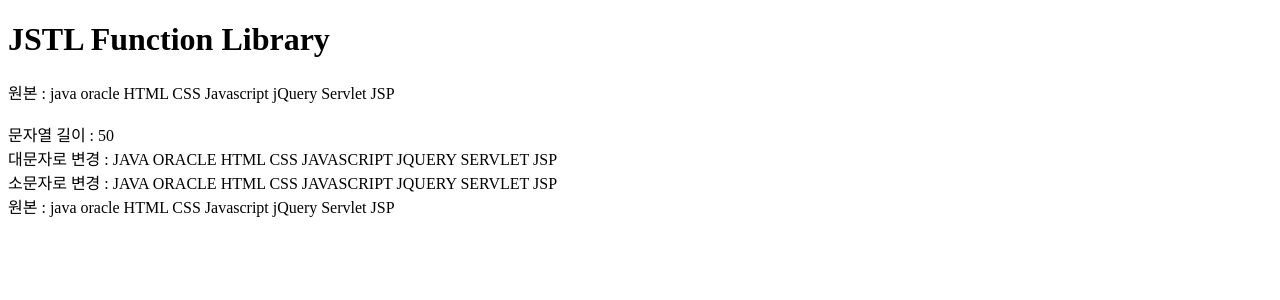
Repository: Parknogyung/Backend
Page: http://localhost/03_EL_JSTL/views/actiontag/jstl/function.jsp
These files come from the project's save history. The page is drawn as it stood at one moment and after the next save; the edit follows.
The browser window is 1280 px wide. The pictures show the whole page.
The page is served by Tomcat 9. Other server files are loaded and not shown.

Above is the page before, as saved 2022-07-14 01:50:22.

### 03_EL_JSTL/src/main/webapp/views/actiontag/jstl/function.jsp
<%@ page language="java" contentType="text/html; charset=UTF-8"
    pageEncoding="UTF-8"%>
<%@ taglib uri="http://java.sun.com/jsp/jstl/core" prefix="c" %>
<%@ taglib uri="http://java.sun.com/jsp/jstl/fmt" prefix="fmt"%>
<%@ taglib uri="http://java.sun.com/jsp/jstl/functions" prefix="fn"%>
<!DOCTYPE html>
<html>
<head>
<meta charset="UTF-8">
<title>Insert title here</title>
</head>
<body>
	<h1>JSTL Function Library</h1>

	<c:set var="str" value="java oracle HTML CSS Javascript jQuery Servlet JSP"></c:set>

	원본 : ${str } <br> <br>

	문자열 길이 : ${fn:length(str) } <br>
	대문자로 변경 : ${fn:toUpperCase(str) } <br>
	소문자로 변경 : ${fn:toUpperCase(str) } <br>

	원본 : ${str } <br> <br>
</body>
</html>

After the next save:
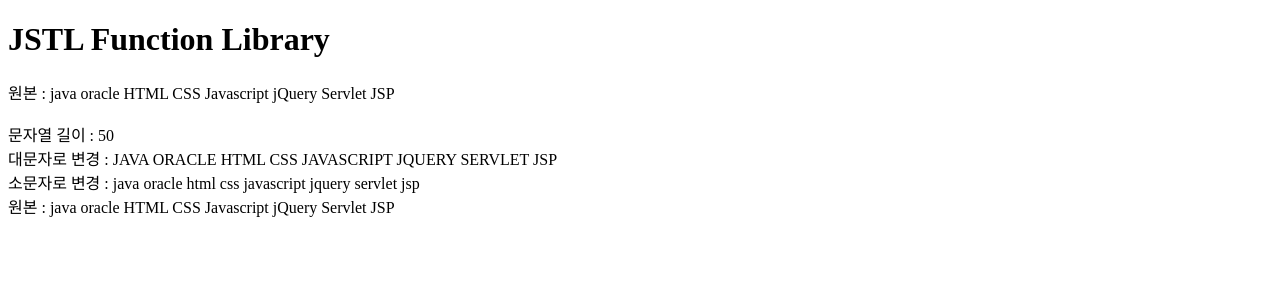
Saved 4 s later.
--- a/03_EL_JSTL/src/main/webapp/views/actiontag/jstl/function.jsp
+++ b/03_EL_JSTL/src/main/webapp/views/actiontag/jstl/function.jsp
@@ -18,7 +18,7 @@
 
 	문자열 길이 : ${fn:length(str) } <br>
 	대문자로 변경 : ${fn:toUpperCase(str) } <br>
-	소문자로 변경 : ${fn:toUpperCase(str) } <br>
+	소문자로 변경 : ${fn:toLowerCase(str) } <br>
 
 	원본 : ${str } <br> <br>
 </body>
